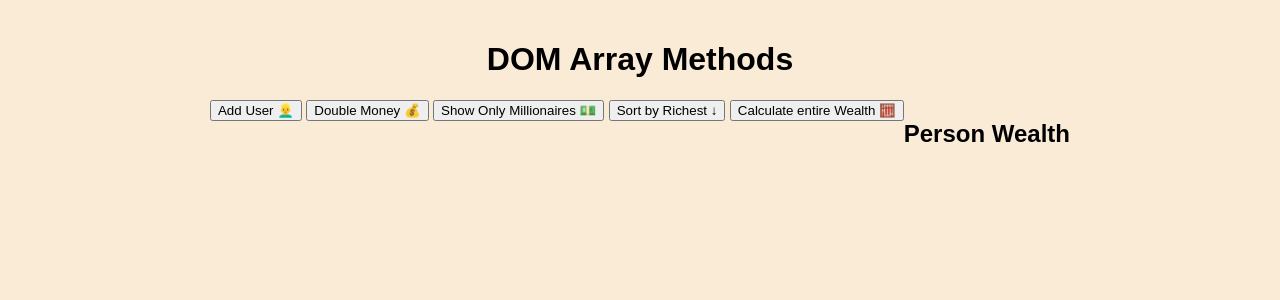
Repository: AbrorjonKuchkarov/DOM-Array-Methods
Page: index.html
These files come from the project's save history. The page is drawn as it stood at one moment and after the next save; the edit follows.
The browser window is 1280 px wide. The pictures show the whole page.

Above is the page before, as saved 2022-02-24 15:39:33.

### index.html
<!DOCTYPE html>
<html lang="en">
<head>
   <meta charset="UTF-8">
   <meta http-equiv="X-UA-Compatible" content="IE=edge">
   <meta name="viewport" content="width=device-width, initial-scale=1.0">
   <link rel="stylesheet" href="style.css">
   <title>DOM Array Methods</title>
</head>
<body>
   <h1>DOM Array Methods</h1>
      <div class="container">
         <aside class="btns">
            <button id="add-user">Add User 👱‍♂️</button>
            <button id="double">Double Money 💰</button>
            <button id="show-millionaires">Show Only Millionaires 💵</button>
            <button id="sort">Sort by Richest ↓</button>
            <button id="calculate-wealth">Calculate entire Wealth 🧮</button>
         </aside>

         <main id="main">
            <h2><strong>Person</strong> Wealth</h2>
         </main>


      </div>



   <script src="app.js"></script>
</body>
</html>

### style.css
*{
   box-sizing: border-box;
}

body{
   margin: 0;
   padding: 20px;
   display: flex;
   flex-direction: column;
   align-items: center;
   height: 100vh;
   font-family: Arial, Helvetica, sans-serif;
   background-color: antiquewhite;
}

.container{
   display: flex;
   max-width: 100%;
}

/* button {
   display: block;
   width: 100%;
   font-size: 20px;
   margin-bottom: 10px;
   border-radius: 7px;
   outline: none;
   padding: 5px 15px;
   border: 1px solid rgb(148, 140, 140);
} */

Loaded but not shown: app.js (no copy from this time; the picture is the same without it)

After the next save:
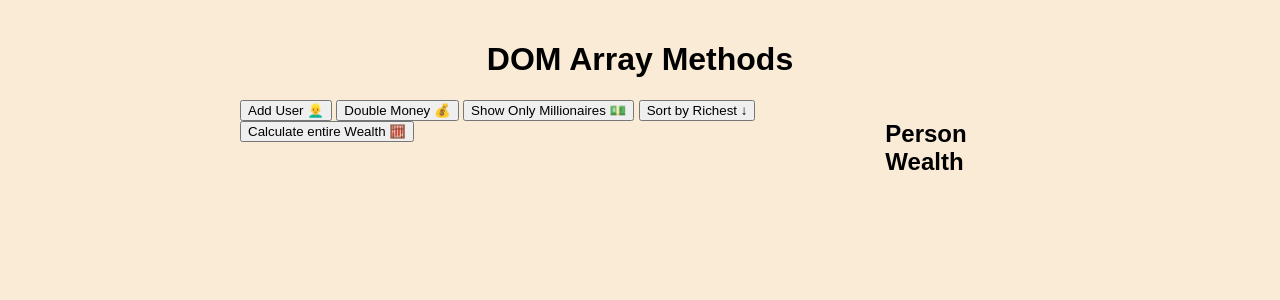
Saved 8 s later.
--- a/style.css
+++ b/style.css
@@ -16,6 +16,7 @@ body{
 .container{
    display: flex;
    max-width: 100%;
+   width: 800px;
 }
 
 /* button {
